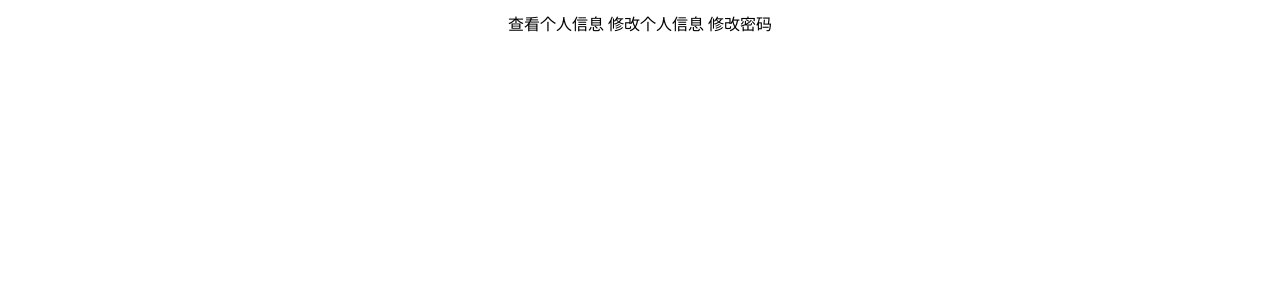
Repository: zy840055899/old-workspace
Page: http://localhost/PIMS/lookMessage/updatePassword.jsp
These files come from the project's save history. The page is drawn as it stood at one moment and after the next save; the edit follows.
The browser window is 1280 px wide. The pictures show the whole page.
The page is served by Tomcat 9.

Above is the page before, as saved 2014-03-12 11:33:40.

After the next save:
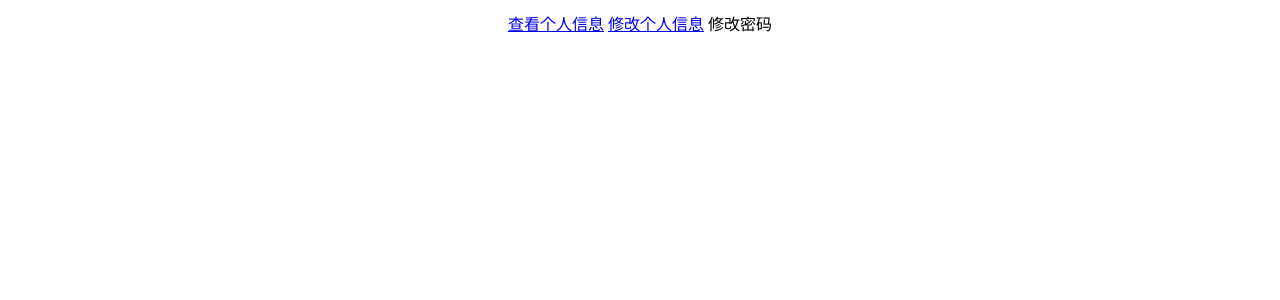
Saved 36 s later.
--- a/PIMS/WebContent/lookMessage/updatePassword.jsp
+++ b/PIMS/WebContent/lookMessage/updatePassword.jsp
@@ -13,8 +13,8 @@
 <table>
 
 <tr>
-<td><a href="http://localhost:8080/PIMS/lookMessage/lookMessage.jsp"></a>查看个人信息</td>
-<td><a href="http://localhost:8080/PIMS/lookMessage/updateMessage.jsp"></a>修改个人信息</td>
+<td><a href="http://localhost:8080/PIMS/lookMessage/lookMessage.jsp">查看个人信息</a></td>
+<td><a href="http://localhost:8080/PIMS/lookMessage/updateMessage.jsp">修改个人信息</a></td>
 <td>修改密码</td>
 </tr>
 
